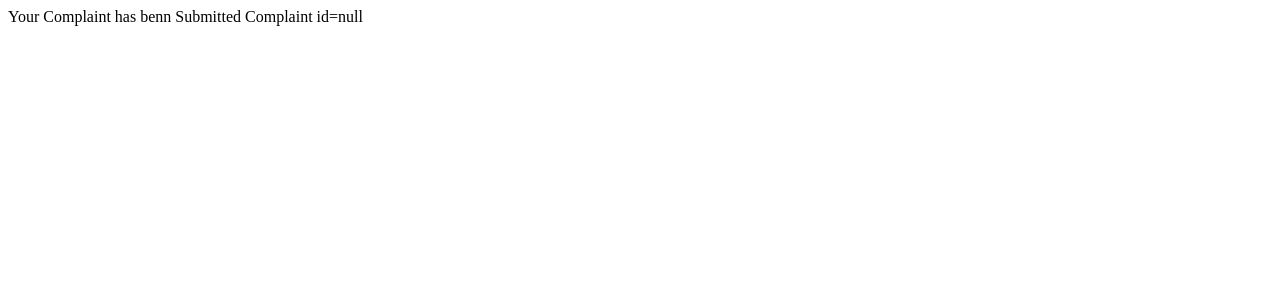
Repository: deevanshu07/Projects
Page: http://localhost/Q1_Servlet_2150186/Success.jsp
The author's editor kept a copy of each file at every save. The page is drawn from the files as they stood at one save, then again after the next save.
The browser window is 1280 px wide. The pictures show the whole page.
The page is served by Tomcat 9. Nobody is signed in. The application's start-up code is not run.

Above is the page before, as saved 2015-03-26 10:16:18.

After the next save:
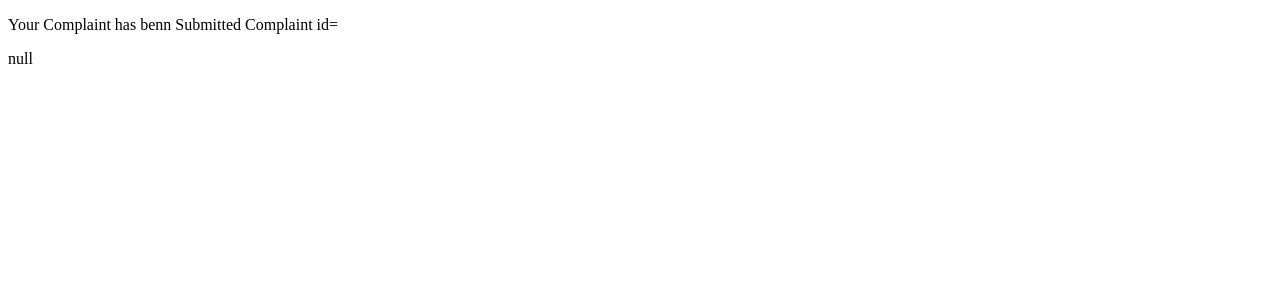
Saved 2 min 55 s later.
--- a/BOOT_CAMP_PROJECTS/Deevanshu1/Q1_Servlet_2150186/WebContent/Success.jsp
+++ b/BOOT_CAMP_PROJECTS/Deevanshu1/Q1_Servlet_2150186/WebContent/Success.jsp
@@ -9,13 +9,15 @@
 <title>Insert title here</title>
 </head>
 <body>
+<center>
  <% List l=new ArrayList();
  l=(List)session.getAttribute("id");
 PrintWriter pw =response.getWriter();%>
 
-
+</center>
+<p>
 Your Complaint has benn Submitted
-Complaint id=<%=l %>
+Complaint id=</p><%=l %>
 
 </body>
 </html>
